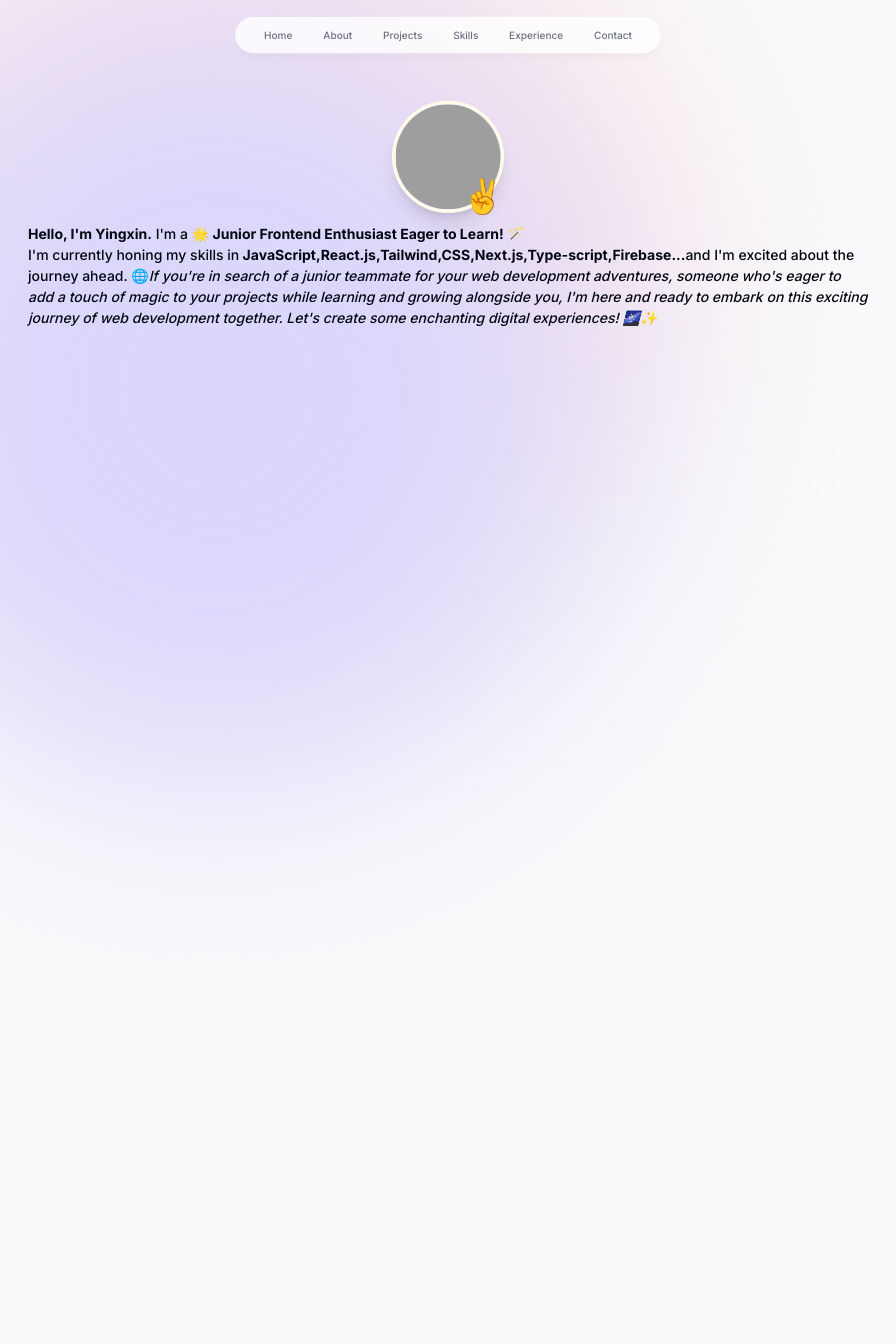
Repository: Tracy-maker/portfolio_website
Page: /
The author's editor kept a copy of each file at every save. The page is drawn from the files as they stood at one save, then again after a run of saves.
The browser window is 1280 px wide. The pictures show the part of the page from y = 0 to 1920 px (the page is 5000 px tall), at 70% of full size.
Pictures or frames that could not be fetched are drawn as grey boxes. The project was rebuilt for these pictures with package versions that can differ from the ones it lists, and the page was loaded fresh each time. The framework's server and built-in components were replaced by stand-ins that run in the browser. Also part of the build but not shown: next.config.js.

Above is the page before, as saved 2023-10-02 18:05:10.

### app/layout.tsx
import Header from "@/components/header";
import "./globals.css";
import type { Metadata } from "next";
import { Inter } from "next/font/google";

const inter = Inter({ subsets: ["latin"] });

export const metadata: Metadata = {
  title: "Yingxin_Zhang | Portfolio",
  description: "Yingxin_Zhang is a front-end developer",
};

export default function RootLayout({
  children,
}: {
  children: React.ReactNode;
}) {
  return (
    <html lang="en">
      <body
        className={`${inter.className} bg-gray-50 text-gray-950 relative h-[5000px] pt-28 sm:pt-36`}
      >
        <div className="bg-[#fbe2e3] absolute top-[-6rem] -z-10 right-[21rem] h-[56.25rem] w-[31.25rem] rounded-full blur-[10rem] sm:w-[68.75rem]"></div>
        <div className="bg-[#dbd7fb] absolute top-[-1rem] -z-10 left-[-45rem] h-[71.25rem] w-[-30rem] rounded-full blur-[10rem] sm:w-[68.75rem] md:left-[-33rem] lg:left-[-28rem] xl:left-[-15rem] 2xl:left-[-5rem]"></div>
        <Header />
        {children}
      </body>
    </html>
  );
}

### app/page.tsx
import Intro from "@/components/intro";
import Image from "next/image";

export default function Home() {
  return (
    <main className="">
      <Intro />
    </main>
  );
}

### components/header.tsx
"use client";
import { motion } from "framer-motion";
import { links } from "@/lib/data";
import Link from "next/link";

export default function Header() {
  return (
    <header className="z-[999] relative">
      <motion.div
        className="fixed top-0 left-1/2 h-[4.5rem] w-full
        rounded-none border border-white border-opacity-40
        bg-white bg-opacity-80 shadow-lg shadow-black/[0.03]
        backdrop-blur-[0.5rem] sm:top-6 sm:h-[3.25rem] sm:w-[38rem] sm:rounded-full"
        initial={{ y: -100, x: "-50%", opacity: 0 }}
        animate={{ y: 0, x: "-50%", opacity: 1 }}
      ></motion.div>

      <nav className="flex fixed top-[0.15rem] left-1/2 h-12 -translate-x-1/2 py-2 sm:top-[1.7rem] sm:h-[initial] sm:py-0">
        <ul className="flex w-[22rem] flex-wrap items-center justify-center gap-y-1 text-[0.9rem] font-medium text-gray-500 sm:w-[initial] sm:flex-nowrap sm:gap-5">
          {links.map((link) => (
            <motion.li
              className="h-3/4 flex items-center justify-center relative"
              key={link.hash}
              initial={{ y: -100, opacity: 0 }}
              animate={{ y: 0, opacity: 1 }}
            >
              <Link
                className="flex w-full items-center justify-center px-3 py-3 hover:text-gray-950 transition"
                href={link.hash}
              >
                {link.name}
              </Link>
            </motion.li>
          ))}
        </ul>
      </nav>
    </header>
  );
}

### components/intro.tsx
"use client";

import Image from "next/image";
import React from "react";
import { motion } from "framer-motion";

export default function Intro() {
  return (
    <section>
      <div className="flex items-center justify-center">
        <div className="relative">
          <motion.div
            initial={{ opacity: 0, scale: 0 }}
            animate={{ opacity: 1, scale: 1 }}
            transition={{
              type: "tween",
              duration: 0.2,
            }}
          >
            <Image
              src="https://i.ibb.co/MRHHtS5/Wechat-IMG7.jpg"
              alt="Personal image"
              width="300"
              height="300"
              quality="90"
              priority={true}
              className="h-40 w-40 rounded-full object-cover border-[0.35rem] border-amber-50 shadow-xl"
            />
          </motion.div>

          <motion.span
            className="absolute bottom-0 right-0 text-5xl"
            initial={{ opacity: 0, scale: 0 }}
            animate={{ opacity: 1, scale: 1 }}
            transition={{
              type: "spring",
              stiffness: 125,
              delay: 0.1,
              duration: 0.7,
            }}
          >
            ✌️
          </motion.span>
        </div>
      </div>
      <motion.h6
        className="mb-10 mt-4 px-10 text-l font-medium !leading-[1.5] sm:text-xl"
        initial={{ opacity: 0, y: 100 }}
        animate={{ opacity: 1, y: 0 }}
      >
        <span className="font-bold">Hello, I'm Yingxin.</span> I'm a{" "}
        <span className="font-bold">
          🌟 Junior Frontend Enthusiast Eager to Learn! 🪄
        </span><br/>
         I'm currently honing my skills in
        <span className="font-bold">
          {""} JavaScript,React.js,Tailwind,CSS,Next.js,Type-script,Firebase...
        </span>
        and I'm excited about the journey ahead. 🌐
        {""}
        <span className="italic">
          If you're in search of a junior teammate for your web development
          adventures, someone who's eager to add a touch of magic to your
          projects while learning and growing alongside you, I'm here and ready
          to embark on this exciting journey of web development together. Let's
          create some enchanting digital experiences! 🌌✨
        </span>
      </motion.h6>
    </section>
  );
}

### lib/data.ts
import React from "react";
import { CgWorkAlt } from "react-icons/cg";
import { FaReact } from "react-icons/fa";
import { LuGraduationCap } from "react-icons/lu";
import p1Img from "@/public/p1.png";
import p2Img from "@/public/p2.png";
import p3Img from "@/public/p3.png";

export const links = [
  {
    name: "Home",
    hash: "#home",
  },
  {
    name: "About",
    hash: "#about",
  },
  {
    name: "Projects",
    hash: "#projects",
  },
  {
    name: "Skills",
    hash: "#skills",
  },
  {
    name: "Experience",
    hash: "#experience",
  },
  {
    name: "Contact",
    hash: "#contact",
  },
] as const;

export const experiencesData = [
  {
    title: "Graduated bootcamp",
    location: "Miami, FL",
    description:
      "I graduated after 6 months of studying. I immediately found a job as a front-end developer.",
    icon: React.createElement(LuGraduationCap),
    date: "2019",
  },
  {
    title: "Front-End Developer",
    location: "Orlando, FL",
    description:
      "I worked as a front-end developer for 2 years in 1 job and 1 year in another job. I also upskilled to the full stack.",
    icon: React.createElement(CgWorkAlt),
    date: "2019 - 2021",
  },
  {
    title: "Full-Stack Developer",
    location: "Houston, TX",
    description:
      "I'm now a full-stack developer working as a freelancer. My stack includes React, Next.js, TypeScript, Tailwind, Prisma and MongoDB. I'm open to full-time opportunities.",
    icon: React.createElement(FaReact),
    date: "2021 - present",
  },
] as const;

export const projectsData = [
  {
    title: "CorpComment",
    description:
      "I worked as a full-stack developer on this startup project for 2 years. Users can give public feedback to companies.",
    tags: ["React", "Next.js", "MongoDB", "Tailwind", "Prisma"],
    imageUrl: p1Img,
  },
  {
    title: "rmtDev",
    description:
      "Job board for remote developer jobs. I was the front-end developer. It has features like filtering, sorting and pagination.",
    tags: ["React", "TypeScript", "Next.js", "Tailwind", "Redux"],
    imageUrl: p2Img,
  },
  {
    title: "Word Analytics",
    description:
      "A public web app for quick analytics on text. It shows word count, character count and social media post limits.",
    tags: ["React", "Next.js", "SQL", "Tailwind", "Framer"],
    imageUrl: p3Img,
  },
] as const;

export const skillsData = [
  "HTML",
  "CSS",
  "JavaScript",
  "TypeScript",
  "React",
  "Next.js",
  "Git",
  "MUI-material",
  "Tailwind",
  "REST-API",
  "PostgreSQL",
  "Framer Motion",
] as const;

Loaded but not shown: app/globals.css (common file); tailwind.config.ts (common file)

After the next 2 saves:
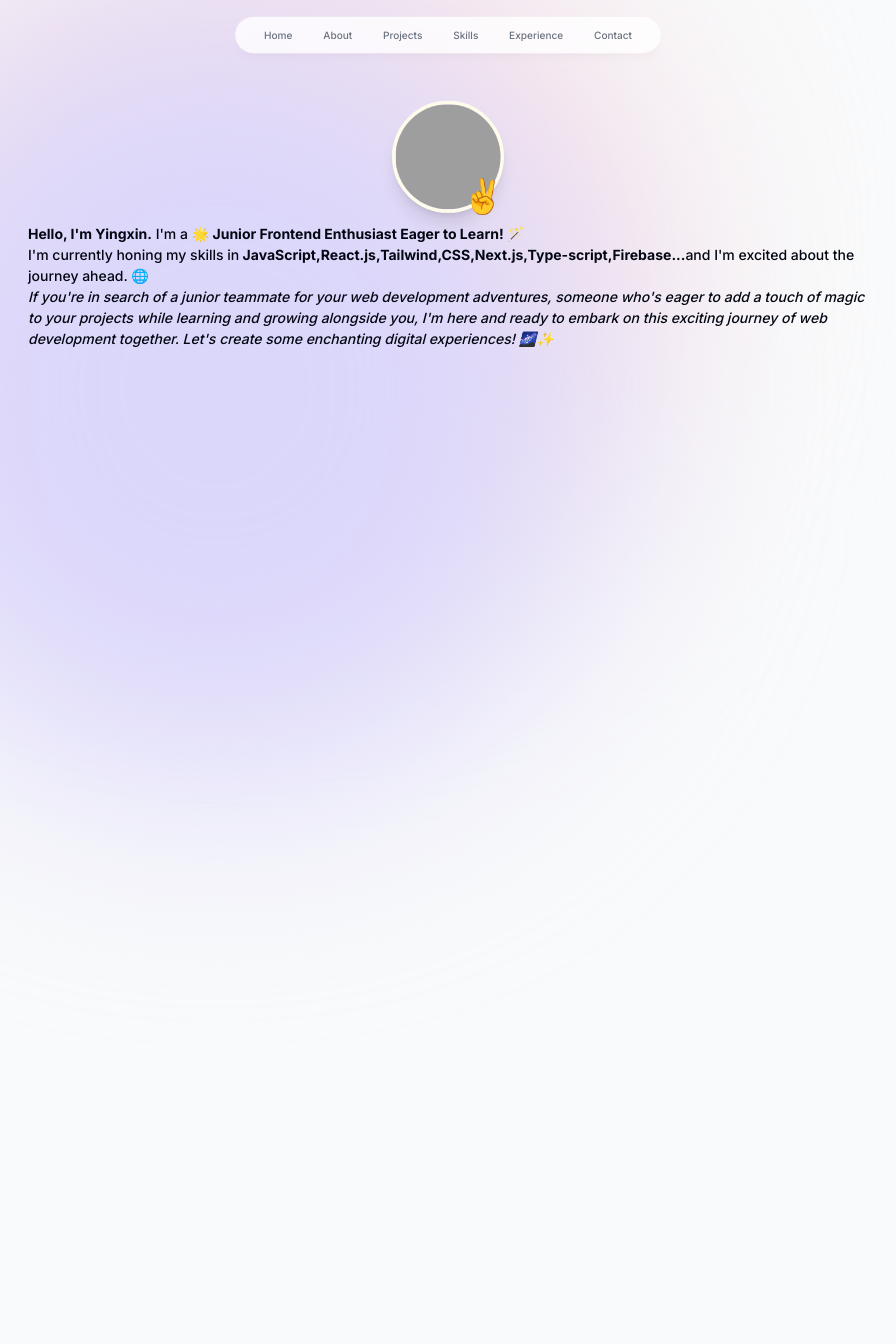
The 2 saves are shown as one change because they came seconds apart.
The last was saved 17 s later.
--- a/components/intro.tsx
+++ b/components/intro.tsx
@@ -51,13 +51,14 @@ export default function Intro() {
         <span className="font-bold">Hello, I'm Yingxin.</span> I'm a{" "}
         <span className="font-bold">
           🌟 Junior Frontend Enthusiast Eager to Learn! 🪄
-        </span><br/>
-         I'm currently honing my skills in
+        </span>
+        <br />
+        I'm currently honing my skills in
         <span className="font-bold">
           {""} JavaScript,React.js,Tailwind,CSS,Next.js,Type-script,Firebase...
         </span>
         and I'm excited about the journey ahead. 🌐
-        {""}
+        <br />
         <span className="italic">
           If you're in search of a junior teammate for your web development
           adventures, someone who's eager to add a touch of magic to your
